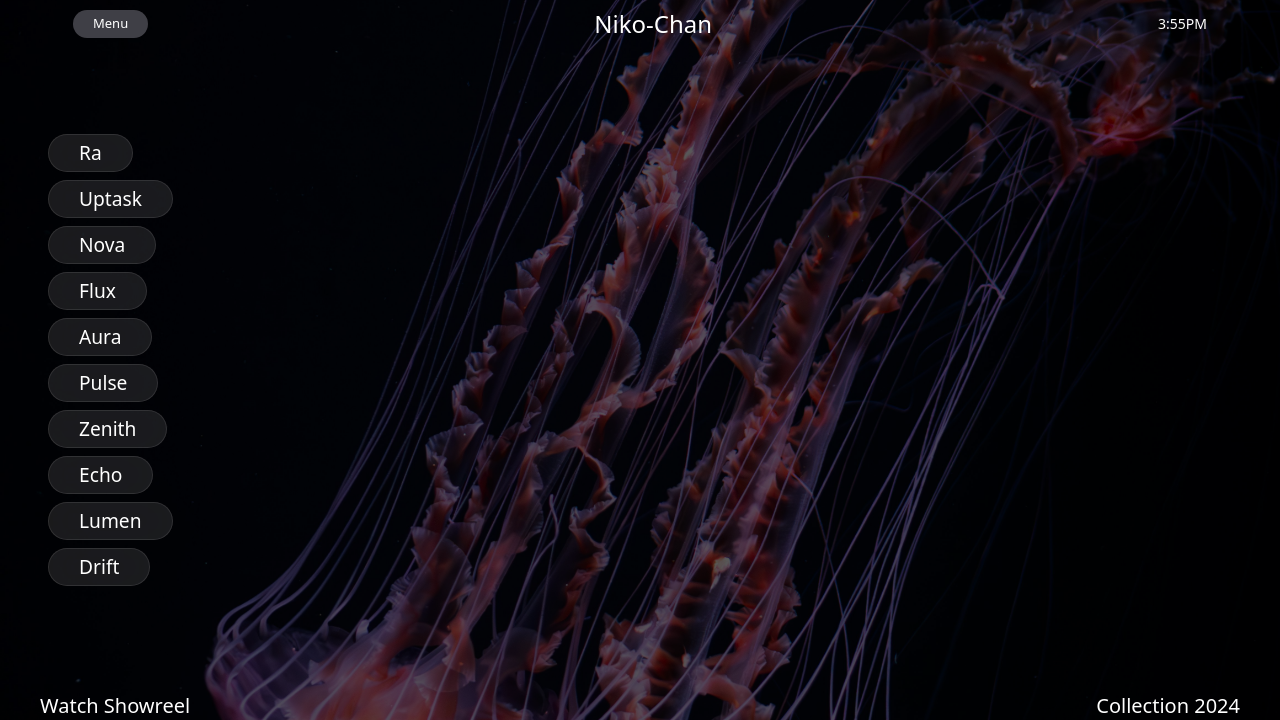
Repository: nikhilsinghrathore1/Niks_indian_local
Page: /
These files come from the project's save history. The page is drawn as it stood at one moment and after a run of saves; the edit follows.
The browser window is 1280 px wide. The pictures show the whole page.
The project was rebuilt for these pictures with package versions that can differ from the ones it lists, and the page was loaded fresh each time. Also part of the build but not shown: vite.config.ts.

Above is the page before, as saved 2024-08-27 11:28:07.

After the next 3 saves:
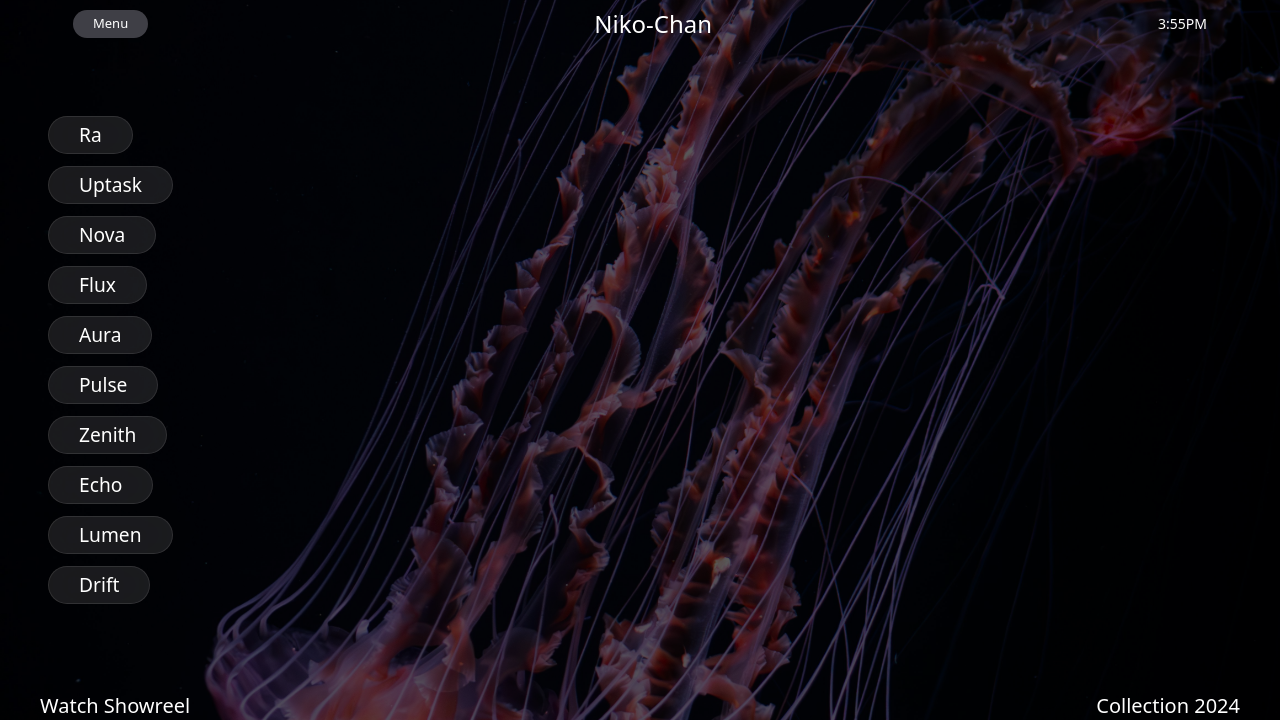
The 3 saves are shown as one change because they came seconds apart.
The last was saved 17 s later.
--- a/src/Components/Landing.tsx
+++ b/src/Components/Landing.tsx
@@ -292,7 +292,7 @@ const Landing: React.FC = () => {
 
       {/* Items List */}
       <div
-        className='items fixed w-1/3 h-full flex flex-col px-12 text-2xl leading-tight capitalize justify-center z-30'
+        className='items fixed w-1/3 h-full flex flex-col px-12 text-2xl leading-tight gap-1 capitalize justify-center z-30'
         >
         {previews.map((preview, index) => (
           <div
